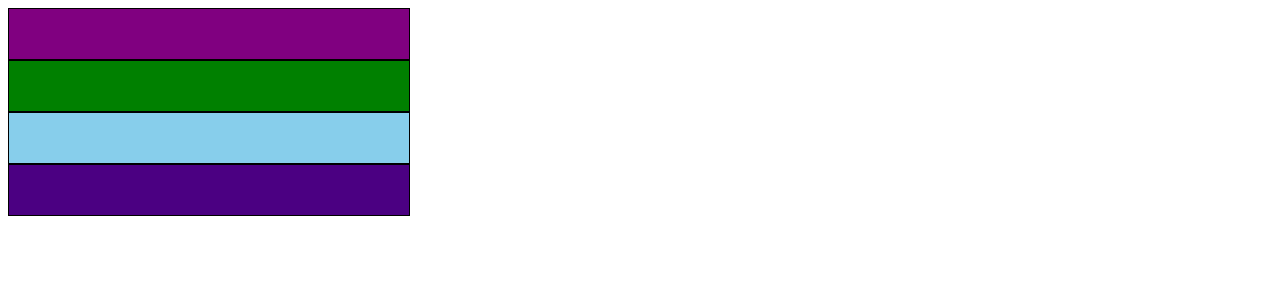
Repository: dudadab/Hhyundaiezwel_Academy
Page: CSS01/src/main/webapp/16_first-child.html
An editor plug-in stored every save of this project. The page is shown before and after the next save, followed by the edit.
The browser window is 1280 px wide. The pictures show the whole page.

Above is the page before, as saved 2025-07-02 04:39:41.

After the next save:
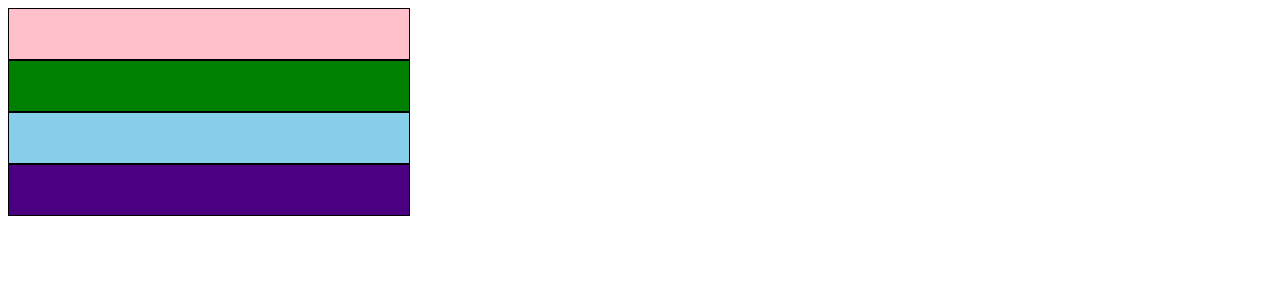
Saved 19 s later.
--- a/CSS01/src/main/webapp/16_first-child.html
+++ b/CSS01/src/main/webapp/16_first-child.html
@@ -16,6 +16,7 @@
 	/*#content div:first-child + div + div {background:red;} /*+div를 계속 적용할 수 있음*/
 	#content div:nth-child(3) {background:skyblue;}
 	#content div:nth-child(4) {background:indigo;}
+	#content div:nth-child(1) {background:pink;}
 	</style>
 </head>
 <body>
